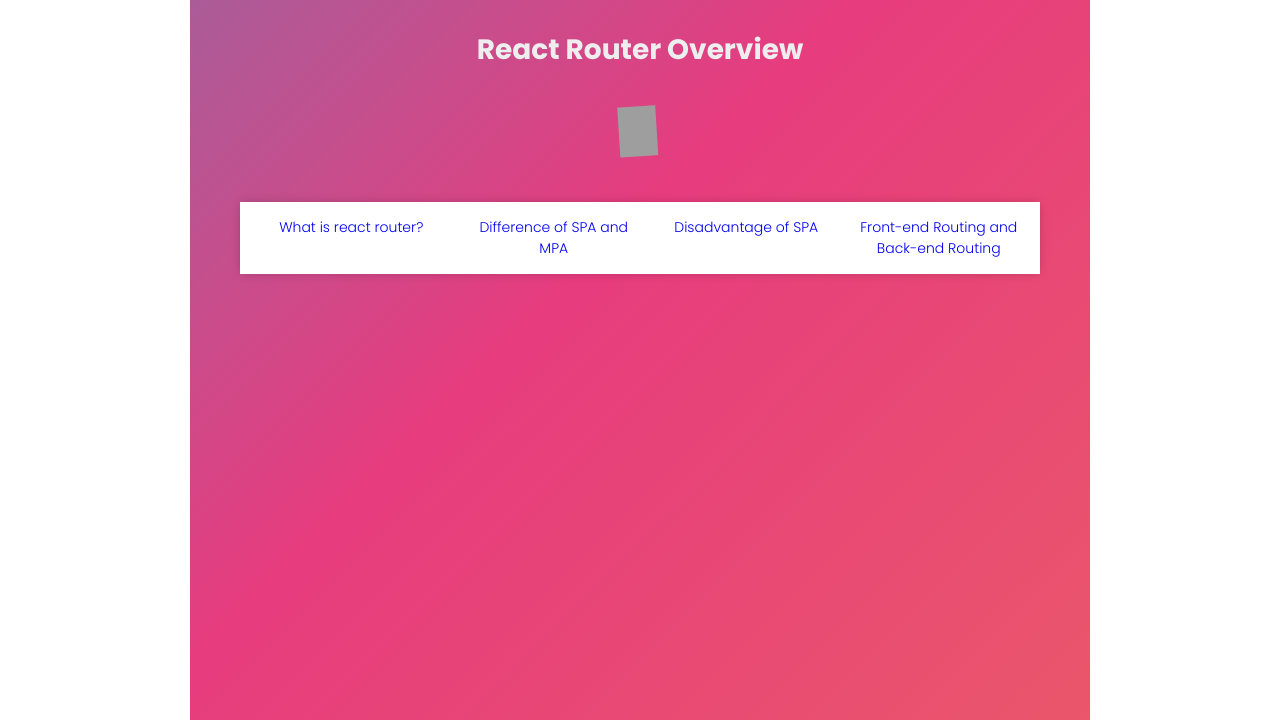
Repository: nguy3nds/2021-18-9-react
Page: /How
The author's editor kept a copy of each file at every save. The page is drawn from the files as they stood at one save, then again after the next save.
The browser window is 1280 px wide. The pictures show the whole page.
Pictures or frames that could not be fetched are drawn as grey boxes. The project was rebuilt for these pictures with package versions that can differ from the ones it lists, and the page was loaded fresh each time. Also part of the build but not shown: src/components/What.js, src/components/Why.js, src/components/How.js, src/components/Tung.js.

Above is the page before, as saved 2021-09-19 22:38:25.

After the next save:
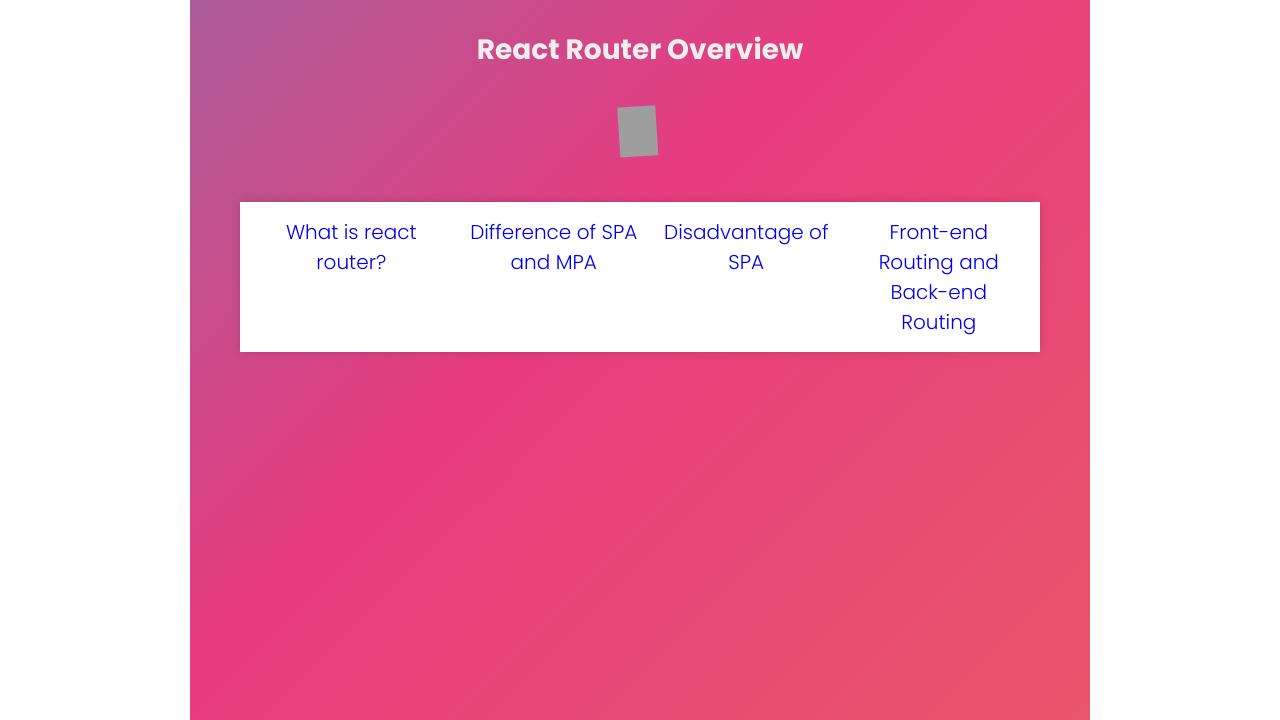
Saved 6 s later.
--- a/src/App.css
+++ b/src/App.css
@@ -36,7 +36,7 @@ img {
 a {
   text-decoration: none;
   font-family: var(--font);
-  font-size: 1.4rem;
+  font-size: 2rem;
 }
 
 input,
